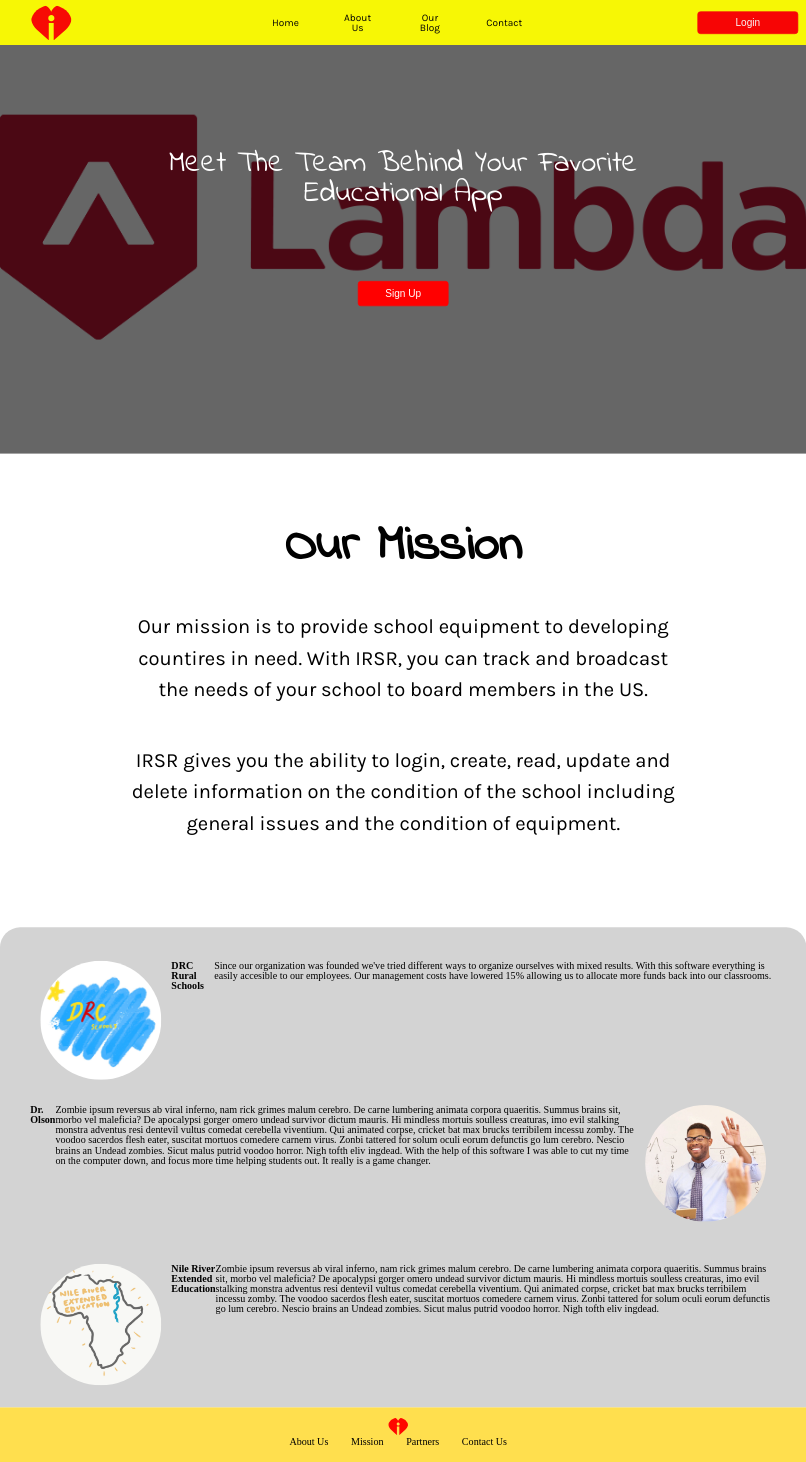
Repository: internationalrural-school-report/maketing-page
Page: about-us.html
These files come from the project's save history. The page is drawn as it stood at one moment and after the next save; the edit follows.
The browser window is 1280 px wide. The pictures show the whole page, at 63% of full size.
Backgrounds fixed to the window are drawn as part of the page.

Above is the page before, as saved 2019-08-29 14:27:05.

### about-us.html
<!DOCTYPE html>

<html lang="en">

<head>
  <meta charset="UTF-8" />
  <meta name="viewport" content="width=device-width, initial-scale=1" />

  <title>International Rural School Report</title>

  <link href="https://fonts.googleapis.com/css?family=Indie+Flower|Karla:400,700i&display=swap" rel="stylesheet">

  <link rel="stylesheet" href="about-us-marketing.css" />

</head>

<body>
  <div class="container">

    <!-- HEADER SECTION -->

    <header>
      <nav>
        <input type="checkbox" id="nav" class="hidden" />
        <label for="nav" class="nav-btn">
          <i></i>
          <i></i>
          <i></i>
        </label>
        <div class="header-button">
          <button>Login</button>
        </div>
        <div class="nav-wrapper">
          <ul>
            <li><a href="marketing.html">Home</a></li>
            <li><a href="about-us.html">About Us</a></li>
            <li><a href="#">Our Blog</a></li>
            <li><a href="#">Contact</a></li>
          </ul>
          <div class="header-button-mobile">
            <button>Login</button>
          </div>
        </div>
        <div class="main-logo">
          <img class="header-logo" src="Images/heart-icon.svg" alt="Our Companys logo." />
        </div>
      </nav>
    </header>

    <!-- CTA SECTION -->

    <section class="cta-container">
      <div class="color-overlay"></div>
      <div class="cta">
        <div class="cta-txt-container">
          <div class="cta-txt1">
            <p>
              Meet The Team Behind Your Favorite Educational App
            </p>
          <!----></div>
          <div class="cta-txt2">

          </div>
          <button>Sign Up</button>
        </div>
      </div>
    </section>

    <!-- OUR MISSION SECTION -->

    <section class="mission-container">
      <div class="mission-txt">
        <h1>Our Mission</h1>
        <p>Our mission is to provide school equipment to developing countires in need.
          With IRSR, you can track and broadcast the needs of your school to board members
          in the US.</p>

        <p>
          IRSR gives you the ability to login, create, read, update and delete information on the condition
          of the school including general issues and the condition of equipment.
        </p>
      </div>
    </section>

    <!--OUR INFO-->
    <section class="testimonials">
      <div class="first-testimonial">
          <div>
            <img src="Images/DRC-logo.jpg" alt="Image of DRC Schools Logo">
          </div>
        <h2>DRC Rural Schools</h2>
        <p>Since our organization was founded we've tried different ways to organize ourselves with mixed results. With this software
          everything is easily accesible to our employees. Our management costs have lowered 15% allowing us to allocate more funds back into
          our classrooms.
        </p>
      </div>
      <div class="second-testimonial">
        <h2>Dr. Olson</h2>
        <p>Zombie ipsum reversus ab viral inferno, nam rick grimes malum cerebro. De carne lumbering animata corpora quaeritis. Summus
          brains sit​​, morbo vel maleficia? De apocalypsi gorger omero undead survivor dictum mauris. Hi mindless mortuis soulless creaturas,
          imo evil stalking monstra adventus resi dentevil vultus comedat cerebella viventium. Qui animated corpse, cricket bat max brucks
          terribilem incessu zomby. The voodoo sacerdos flesh eater, suscitat mortuos comedere carnem virus. Zonbi tattered for solum oculi
          eorum defunctis go lum cerebro. Nescio brains an Undead zombies. Sicut malus putrid voodoo horror. Nigh tofth eliv ingdead.
          With the help of this software I was able to cut my time on the computer down, and focus more time helping students out. It
          really is a game changer.
        </p>
        <div>
            <img  src="Images/Dr.Olson.jpg" alt="Image of Dr.Olson">
          </div>
      </div>
      <div class="third-testimonial">
        <div>
          <img  src="Images/Nile-River0logo.png" alt="Image of Nile River Logo">
        </div>
        <h2>Nile River Extended Education</h2>
        <p>Zombie ipsum reversus ab viral inferno, nam rick grimes malum cerebro. De carne lumbering animata corpora quaeritis. Summus brains
           sit​​, morbo vel maleficia? De apocalypsi gorger omero undead survivor dictum mauris. Hi mindless mortuis soulless creaturas, imo evil
            stalking monstra adventus resi dentevil vultus comedat cerebella viventium. Qui animated corpse, cricket bat max brucks terribilem
            incessu zomby. The voodoo sacerdos flesh eater, suscitat mortuos comedere carnem virus. Zonbi tattered for solum oculi eorum
            defunctis go lum cerebro. Nescio brains an Undead zombies. Sicut malus putrid voodoo horror. Nigh tofth eliv ingdead.

          </p>

      </div>
    </section>

     <!---FOOTER-->
    <section class ="footer">
        <img class="footer-logo" src="Images/heart-icon.svg" alt="Our Companys logo." />
        <a href=""></br>About Us</a>
        <a href="">Mission</a>
        <a href="">Partners</a>
        <a href="">Contact Us</a>
    </section>

    </body>


  </div>
</body>

### about-us-marketing.css
/* http://meyerweb.com/eric/tools/css/reset/ 2. v2.0 | 20110126
  License: none (public domain)
*/

html, body, div,span,applet,object,iframe,h1,h2,h3,h4,h5,h6,p,blockquote,pre,a,abbr,acronym,
address,big,cite,code,del,dfn,em,img,ins,kbd,q,s,samp,small,strike,
strong,sub,sup,tt,var,b,u,i,center,dl,dt,dd,ol,ul,li,fieldset,
form,label,legend,table,caption,tbody,tfoot,thead,
tr,th,td,article,aside,canvas,details,embed,figure,
figcaption,footer,header,hgroup,menu,nav,output,ruby,section,summary,time,mark,audio,
video {
  margin: 0;
  padding: 0;
  border: 0;
  font-size: 100%;
  /* font: inherit; */
  vertical-align: baseline;
}
/* HTML5 display-role reset for older browsers */
article,
aside,
details,
figcaption,
figure,
footer,
header,
hgroup,
menu,
nav,
section {
  display: block;
}
body {
  line-height: 1;
}
ol,
ul {
  list-style: none;
}
blockquote,
q {
  quotes: none;
}
blockquote:before,
blockquote:after,
q:before,
q:after {
  content: "";
  content: none;
}
table {
  border-collapse: collapse;
  border-spacing: 0;
}

/* CSS STARTS HERE */
/* CSS STARTS HERE */
/* CSS STARTS HERE */

.container {
  width: 100%;
  height: 100%;
  margin: auto;
}

/* HEADER/NAV CSS STARTS HERE */
/* HEADER/NAV CSS STARTS HERE */
/* HEADER/NAV CSS STARTS HERE */

header {
  width: 100%;
  height: 10%;
  display: flex;
  flex-direction: row-reverse;
  justify-content: space-between;
  position: fixed;
  background-color: yellow;
  z-index: 9999;
  align-items: center;
  align-content: center;
  opacity: 0.95;
}

nav {
  display: flex;
  flex-direction: row-reverse;
  justify-content: space-evenly;
  align-items: center;
  width: 100%;
  height: 100%;
}

.nav-wrapper ul {
  display: flex;
  flex-direction: row;
  width: 100%;
  justify-content: center;
  align-items: center;
  width: 50%;
  height: 100%;
}

.nav-wrapper {
  height: 100%;
  width: 100%;
  display: flex;
  flex-direction: row;
  justify-content: center;
  align-items: center;
}

.nav-wrapper a {
  color: black;
  font-size: 20px;
  text-decoration: none;
  text-align: center;
  margin: 0 22px;
  display: flex;
  padding: 10px;
  font-size: 1rem;
  font-family: "Karla", sans-serif;
}

.nav-wrapper li {
  width: 30%;
  display: flex;
  justify-content: center;
}

header nav a:hover {
  border-bottom: 2px solid green;
  color: black;
}

header .img-logo {
  display: flex;
  flex-direction: column-reverse;
  margin-left: 30px;
}

.main-logo {
  display: flex;
  justify-content: center;
}

.header-logo {
  width: 40%;
}

.header-button {
  display: flex;
  justify-content: center;
  align-items: center;
  width: 20%;
}

.header-button button {
  padding: .5rem 3rem;
  width: 10rem;
  border-radius: 5px;
  text-align: center;
  background-color: red;
  color: white;
  border: 0.5px solid red;
  font-size: 1rem;
}

.hidden {
  display: none;
}

.header-button-mobile {
  display: none;
}

/* CTA CSS STARTS HERE */
/* CTA CSS STARTS HERE */
/* CTA CSS STARTS HERE */

.cta-container {
  background-color: white;
  display: flex;
  flex-direction: column;
  align-items: center;
  justify-content: center;
  width: 100%;
  height: 100vh;
  position: relative;
  bottom: 0px;
  margin: 0;
  background-image: url("Images/lambda-2.png");
  background-position: 50% 50%;
  background-size: contain ;
  background-repeat: no-repeat;
  background-attachment: fixed;
}

.color-overlay {
  width: 100%;
  height: 100%;
  background: #000;
  opacity: 0.6;
  position: absolute;
}

.cta {
  width: 100%;
  height: 100vh;
  display: flex;
  flex-direction: column;
  justify-content: center;
  align-items: center;
}

.cta-txt-container {
  text-align: center;
  position: absolute;
  display: flex;
  flex-direction: column;
  color: white;
  align-items: center;
  justify-content: center;
  height: 50%;
  width: 65%;
}

.cta-txt1 {
  font-size: 3rem;
  margin-bottom: 95px;
  font-family: "Indie Flower", cursive;
}

.cta-txt2 {
  font-size: 1.5rem;
  margin-bottom: 20px;
  font-family: "Karla", sans-serif;
}

.cta-txt-container button {
  padding: 10px 22px;
  width: 9rem;
  border-radius: 5px;
  text-align: center;
  background-color: red;
  color: white;
  border: 0.5px solid red;
  font-size: 1rem;
}

.cta-txt-container button:hover {
  background-color: green;
  border: 0.5px solid green;
}

/* MISSION CSS STARTS HERE */
/* MISSION CSS STARTS HERE */
/* MISSION CSS STARTS HERE */

.mission-container {
  width: 100%;
  height: 100vh;
  display: flex;
  flex-direction: column;
  justify-content: center;
  align-items: center;
}

.mission-txt {
  width: 70%;
  height: 70%;
  display: flex;
  flex-direction: column;
  justify-content: space-between;
}

h1 {
  font-family: "Indie Flower", cursive;
  font-size: 5rem;
  text-align: center;
}

.mission-txt p {
  font-family: "Karla", sans-serif;
  font-size: 2rem;
  text-align: center;
  line-height: 50px;
}



.computer {
  width: 25%;
}

.tablet {
  width: 25%;
}

.laptop {
  width: 25%;
}

.router {
  width: 25%;
}



img {
  padding-left: 1rem;
  padding-right: 1rem;
  border-radius: 100%;
  max-width: 12rem;
  height: auto;
  align-items: center;
}

.partners {
  display: flex;
  width: 100%;
  margin-top: 2rem;


}
.left-partner {
  position: relative;
  background: lightskyblue;
  width : 50%;
}
.logo-box {
  display: flex;
  align-items: center;
  flex-flow: row wrap;
  justify-content: center;
  width: 100%;
}
.logos {
  margin: 0.5rem;
}
.right-partner {

  padding-top: 2rem;
  width: 50%;
  background: rgb(255, 223, 78);
}
.right-h2 {
  padding-bottom: 2rem;
}
.testimonials {
  border-top-right-radius: 2rem;
  border-top-left-radius: 2rem;
  margin-top: 2rem;
  background: lightgray;
  padding-top: 3rem;
  padding-left: 3rem;
  padding-right: 3rem;

}
.first-testimonial {
  display: flex;
  flex-wrap: row wrap;
  padding-bottom: 0.3rem;
  padding-top: 0.3rem;
}

.second-testimonial {
  display: flex;
  flex-wrap: row wrap;
  padding-bottom: 2rem;
  padding-top: 2rem;

}

.third-testimonial {
  display: flex;
  flex-wrap: row wrap;
  padding-bottom: 2rem;
  padding-top: 2rem;
}

.footer {
  text-align: center;
  padding-bottom: 1.5rem;
  padding-top: 1rem;
  padding-left: 3rem;
  padding-right: 3rem;
  background: rgb(255, 223, 78);
}
.footer a {
    text-decoration: none;
    color: black;
}
.footer-logo{
    width: 2rem;
    height: auto;
}
a {
  padding-left: 1rem;
  padding-right: 1rem;
}
@media (max-width: 800px) {
    .footer {
        display: none;
    }
}

@media (max-width: 500px) {
  .container {
    width: 100%;
  }
  .footer {
    display: none;
}
  /* @media HEADER/NAV CSS HERE */

  .container header {
    width: 100%;
    display: flex;
    flex-direction: column-reverse;
    justify-content: center;
    align-items: center;
    /* position: unset; */
  }

  .nav-wrapper {
    position: fixed;
    top: 0;
    left: 0;
    width: 100%;
    height: 100%;
    z-index: -1;
    background: red;
    opacity: 0;
    transition: all 0.2s ease;
  }
  .header-logo {
      height: 3rem;
  }

  .nav-wrapper ul {
    position: absolute;
    top: 50%;
    transform: translateY(-50%);
    width: 100%;
  }
  .nav-wrapper ul li {
    display: block;
    float: none;
    width: 100%;
    text-align: center;
    margin-bottom: 10px;
  }

  .nav-wrapper ul li:nth-child(1) a {
    transition-delay: 0.2s;
  }

  .nav-wrapper ul li:nth-child(2) a {
    transition-delay: 0.3s;
  }

  .nav-wrapper ul li:nth-child(3) a {
    transition-delay: 0.4s;
  }

  .nav-wrapper ul li:nth-child(4) a {
    transition-delay: 0.5s;
  }

  .nav-wrapper ul li:not(:first-child) {
    margin-left: 0;
  }

  .nav-wrapper ul li a {
    padding: 10px 24px;
    opacity: 0;
    color: black;
    font-size: 14px;
    font-weight: 600;
    letter-spacing: 1.2px;
    transform: translateX(-20px);
    transition: transform 0.2s ease-out, opacity 0.2s ease-out;
  }

  .nav-wrapper ul li a:hover {
    color: #e4e4e4;
  }

  .nav-btn {
    position: fixed;
    right: 10px;
    top: 10px;
    display: block;
    width: 48px;
    height: 48px;
    cursor: pointer;
    z-index: 9999;
    border-radius: 50%;
  }

  .nav-btn i {
    display: block;
    width: 20px;
    height: 2px;
    background: #333;
    border-radius: 2px;
    margin-left: 14px;
  }

  .nav-btn i:nth-child(1) {
    margin-top: 16px;
  }
  .nav-btn i:nth-child(2) {
    margin-top: 4px;
    opacity: 1;
  }

  .nav-btn i:nth-child(3) {
    margin-top: 4px;
  }

  #nav:checked + .nav-btn {
    transform: rotate(45deg);
  }

  #nav:checked + .nav-btn i {
    background: #333;
    transition: transform 0.2s ease;
  }

  #nav:checked + .nav-btn i:nth-child(1) {
    transform: translateY(6px) rotate(180deg);
  }

  #nav:checked + .nav-btn i:nth-child(2) {
    opacity: 0;
  }

  #nav:checked + .nav-btn i:nth-child(3) {
    transform: translateY(-6px) rotate(90deg);
  }

  #nav:checked ~ .nav-wrapper {
    z-index: 9990;
    opacity: 1;
  }

  #nav:checked ~ .nav-wrapper ul li a {
    opacity: 1;
    transform: translateX(0);
  }

  .hidden {
    display: none;
  }

  .container header nav {
    display: flex;
    align-items: center;
    margin: 0;
    width: 100%;
  }

  .container header nav a {
    width: 100%;
    text-align: center;
    padding: 17px 0;
    font-size: 17px;
  }

  .container header .header-logo {
    display: flex;
    justify-content: flex-end;
    align-items: center;
    margin: 15px 0px;
  }

  .header-button {
    display: none;
  }

  .header-button-mobile {
    display: flex;
    justify-content: center;
    align-items: center;
    width: 20%;
  }

  .header-button-mobile button {
    padding: 10px 22px;
    width: 50%;
    border-radius: 5px;
    text-align: center;
    background-color: red;
    color: white;
    border: 0.5px solid red;
    font-size: 1rem;
  }

  /* CTA CSS STARTS HERE */
  /* CTA CSS STARTS HERE */
  /* CTA CSS STARTS HERE */
  /* CTA CSS STARTS HERE */

  .cta-container {
    background-color: white;
    display: flex;
    flex-direction: column;
    align-items: center;
    justify-content: center;
    width: 100%;
    height: 100vh;
    position: relative;
    bottom: 0px;
    margin: 0;
    background-image: url("Images/lambda-shield.png");
    background-position: 50% 50%;
    background-size: contain ;
    background-repeat: no-repeat;
    background-attachment: fixed;
  }

  .cta {
    width: 100%;
    height: 100%;
    display: flex;
    flex-direction: column;
    justify-content: center;
    align-items: center;
  }

  .cta-txt-container {
    text-align: center;
    position: absolute;
    display: flex;
    flex-direction: column;
    color: white;
    align-items: center;
    justify-content: space-evenly;
    height: 50%;
    width: 95%;
  }

  .cta-txt1 {
    font-size: 2rem;
    margin-bottom: none;
    font-family: "Indie Flower", cursive;
  }

  .cta-txt2 {
    font-size: 1.5rem;
    margin-bottom: none;
    font-family: "Karla", sans-serif;
  }

  .cta-txt-container button {
    padding: 10px 22px;
    width: 45%;
    border-radius: 5px;
    text-align: center;
    background-color: red;
    color: white;
    border: solid red;
    font-size: 1.5rem;
  }

  .mission-container {
    width: 100%;
    height: 75vh;
    display: flex;
    flex-direction: column;
    justify-content: center;
    align-items: center;
  }

  .mission-txt {
    width: 90%;
    height: 100%;
    display: flex;
    flex-direction: column;
    justify-content: space-evenly;
  }

  h1 {
    font-family: "Indie Flower", cursive;
    font-size: 4rem;
    text-align: center;
  }

  .mission-txt p {
    font-family: "Karla", sans-serif;
    font-size: 1.3rem;
    text-align: center;
    line-height: 50px;
  }

  /* MAKE A DIFFERNCE CSS STARTS HERE */
  /* MAKE A DIFFERNCE CSS STARTS HERE */
  /* MAKE A DIFFERNCE CSS STARTS HERE */
  /* MAKE A DIFFERNCE CSS STARTS HERE */

  .make-diff-container {
    width: 100%;
    height: 90vh;
    display: flex;
    flex-direction: column;
    justify-content: center;
    align-items: center;
    position: relative;
    bottom: 0px;
    margin: 0;
    background-image: url("../img/child-hand-paint.jpg");
    background-position: 50% 50%;
    background-size: cover;
    background-repeat: no-repeat;
    background-attachment: fixed;
  }

  .color-overlay2 {
    width: 100%;
    height: 100%;
    background: red;
    opacity: 0.93;
    position: absolute;
    z-index: 1;
  }

  .make-diff-txt {
    display: flex;
    flex-direction: column;
    width: 50%;
    height: 100%;
    justify-content: space-evenly;
    align-items: center;
    z-index: 2;
  }

  .make-diff-container h1 {
    display: none;
  }

  .difference-box-container {
    width: 100%;
    height: 100%;
    display: flex;
    flex-direction: column;
    color: white;
    justify-content: space-evenly;
  }

  .difference-box {
    width: 100%;
    height: 30%;
    display: flex;
    flex-direction: column;
    justify-content: space-evenly;
    align-content: center;
    align-items: center;
    font-family: "Karla", sans-serif;
    text-align: center;
    font-size: 1rem;
  }

  .computer {
    width: 25%;
  }

  .tablet {
    width: 25%;
  }

  .laptop {
    width: 25%;
  }

  .router {
    width: 25%;
  }

}

After the next save:
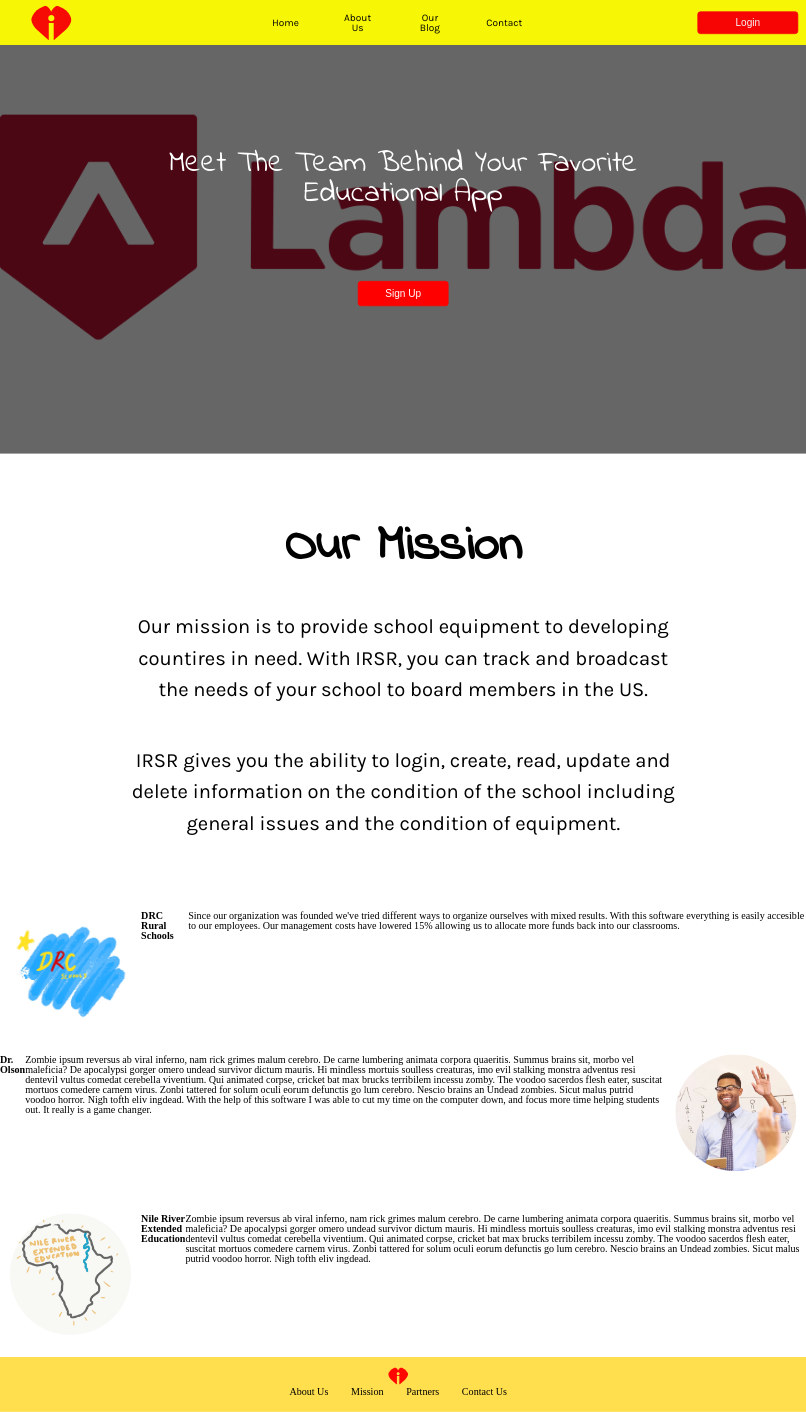
Saved 84 s later.
--- a/about-us-marketing.css
+++ b/about-us-marketing.css
@@ -346,7 +346,7 @@
 .right-h2 {
   padding-bottom: 2rem;
 }
-.testimonials {
+.Our-Team {
   border-top-right-radius: 2rem;
   border-top-left-radius: 2rem;
   margin-top: 2rem;
